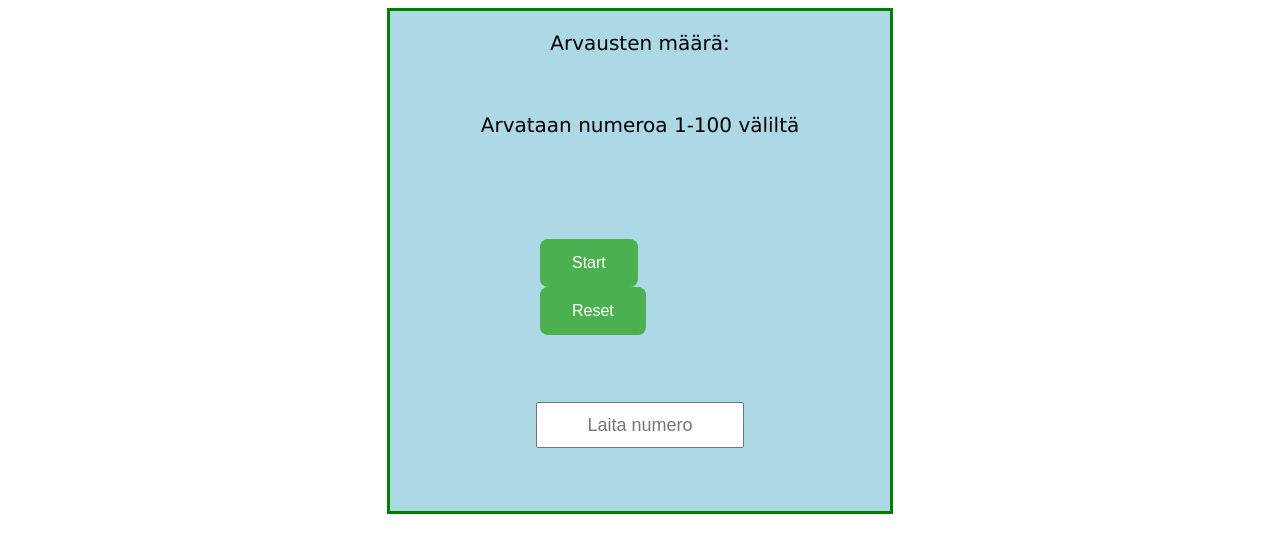
Repository: VadimZubchenko/numeronarvouspeli_JS
Page: public/index.html
An editor plug-in stored every save of this project. The page is shown before and after the next save, followed by the edit.
The browser window is 1280 px wide. The pictures show the whole page.

Above is the page before, as saved 2022-04-26 08:33:44.

### public/index.html
<!DOCTYPE html>
<html lang="en">
<head>
  <meta charset="UTF-8">
  <meta http-equiv="X-UA-Compatible" content="IE=edge">
  <meta name="viewport" content="width=device-width, initial-scale=1.0">
  <title>Numeroarvouspeli</title>
  <script src="script.js"></script>
  <link rel="stylesheet" href="mystyle.css">
</head>
<body>
  <div>
    <p id="maara" >Arvausten määrä: </p>
    <br>
    <p id="message" value="0"> Arvataan numeroa 1-100 väliltä </p>
    <br>
    <input type="text" id="numero" name="numero" onfocus="this.value='' "placeholder="Laita numero">
    <br>
    <br>
    <button id="startGame" onclick="startGame()">Start</button>
    <button id="resetGame" onclick="resetGame()">Reset</button>

  </div>
</body>
</html>

### public/script.js
var running = 0;

let lastMin = 0;
let lastMax = 101;
let kpl = 0;

let arvo = Math.floor(Math.random() * 100);
console.log("Arvo :" + arvo);

function startGame() {
  let text = document.getElementById("message");
  text.style.color = "";
  document.body.style.backgroundColor = "";
  let clientArvo = document.getElementById("numero").value;
  //tarkistetaan syöty arvo onko numerollinen. jos on, sitten 'false'
  let checkNaN = isNaN(clientArvo);

  console.log("clientArvo: " + clientArvo);
  console.log("ei ole numero: " + checkNaN);

  if (lastMin < clientArvo && clientArvo < lastMax && !checkNaN) {
    if (clientArvo < arvo) {
      lastMin = clientArvo;
      document.getElementById("message").innerHTML =
        "Valitse luku suurempi kuin: " + clientArvo + ". <br>Yritä uudelleen!";
      kpl++;
    }
    if (clientArvo > arvo) {
      lastMax = clientArvo;
      document.getElementById("message").innerHTML =
        "Valitse luku pienempi kuin: " + clientArvo + ". <br>Yritä uudelleen!";
      kpl++;
    }
    if (clientArvo == arvo) {
      document.getElementById("message").innerHTML =
        "Arvosit oikein! Se oli " + arvo + ".";

      text.style.color = "red";
      document.body.style.backgroundColor = "yellow";
    }
  } else {
    document.getElementById("message").innerHTML =
      "Ups! Jotain meni pielen. <br>Syötä numerollinen arvo, joka suurempi kuin " +
      lastMin +
      " ja pienempi kuin : " +
      lastMax;
    text.style.color = "red";
    document.body.style.backgroundColor = "pink";
  }
  document.getElementById("maara").innerHTML = "Arvausten määrä: " + kpl;
  console.log("min:" + lastMin);
  console.log("max: :" + lastMax);
}

function resetGame() {
  clientArvo = 0;
  arvo = 0;
  lastMin = 0;
  lastMax = 101;
  kpl = 0;
  document.getElementById("numero").value = "";
  document.getElementById("maara").innerHTML = "Arvausten määrä: " + kpl;
  message = document.getElementById("message");
  document.getElementById("message").innerHTML = "Arva numero 1-100 väliltä";
  document.body.style.backgroundColor = "";
  message.style.color = "";
}

### public/mystyle.css



div{
  height: 500px;
  width: 500px;
  margin: auto;
  border: 3px solid green;
  background-color: lightblue;
}
input {
  height: 40px;
  width: 200px;
  color: black;
  text-align: center;
  font-size:large;

  position:relative;
  top: 50%;
  left: 50%;
  -ms-transform: translate(-50%, -50%);
  transform: translate(-50%, -50%);
}

button {

  left: 50%;
  background-color: #4CAF50; /* Green */
  border: none;
  color: white;
  padding: 15px 32px;
  text-align: center;
  text-decoration: none;
  display: inline-block;
  font-size: 16px;
  border-radius: 8px;
  margin-left: 30%;
  margin-right: auto;

}

p {
  font-family: verdana;
  font-size: 20px;
  color: black;
  text-align: center;
}

After the next save:
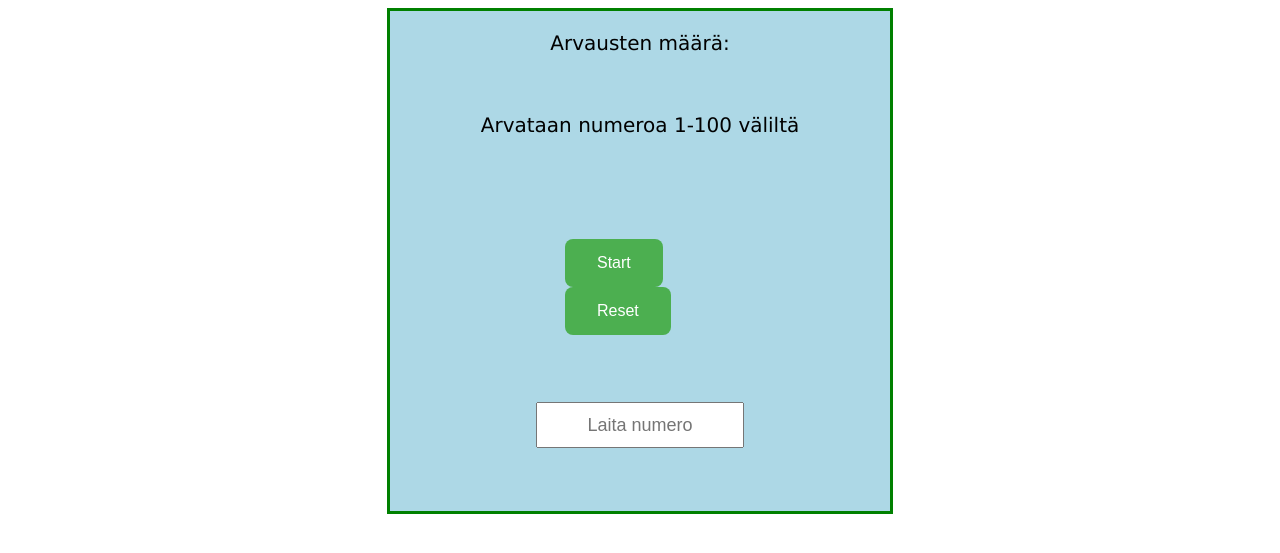
Saved 9 s later.
--- a/public/mystyle.css
+++ b/public/mystyle.css
@@ -34,7 +34,7 @@ button {
   display: inline-block;
   font-size: 16px;
   border-radius: 8px;
-  margin-left: 30%;
+  margin-left: 35%;
   margin-right: auto;
 
 }
